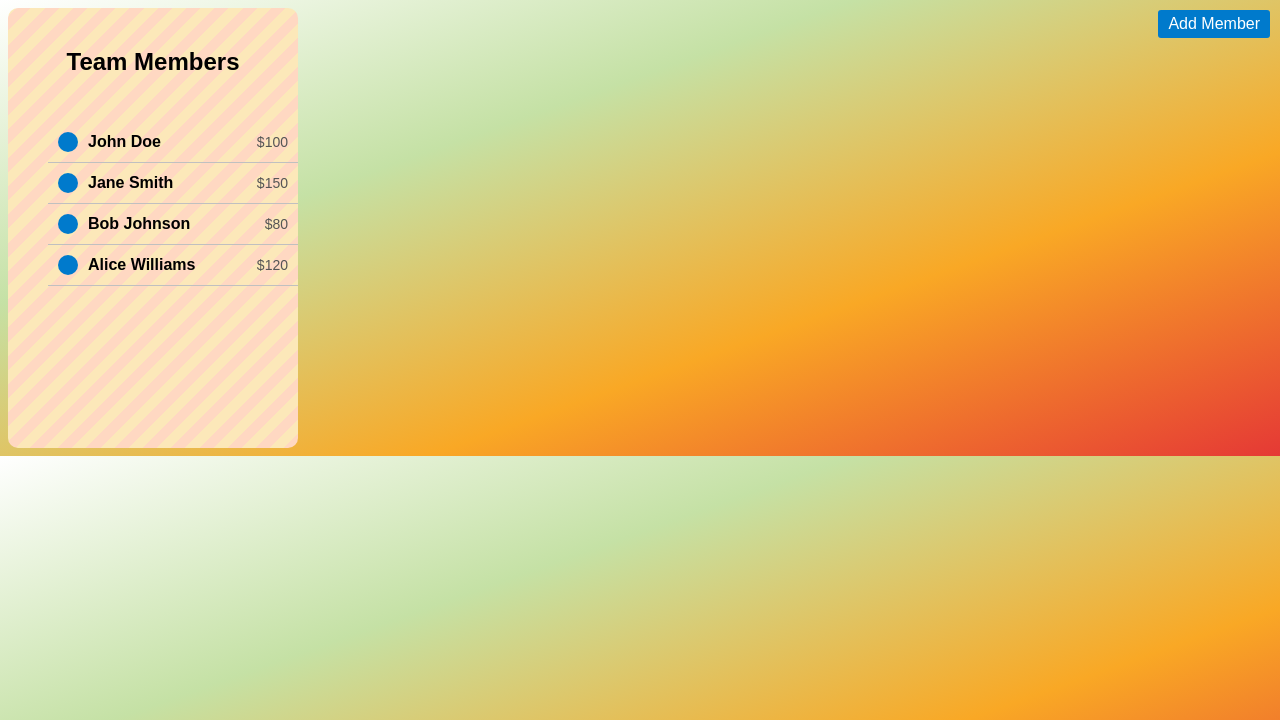
Repository: alexanderneal/meetingApp
Page: meetingApp copia/popup.html
These files come from the project's save history. The page is drawn as it stood at one moment and after the next save; the edit follows.
The browser window is 1280 px wide. The pictures show the whole page.

Above is the page before, as saved 2023-04-21 11:19:49.

After the next save:
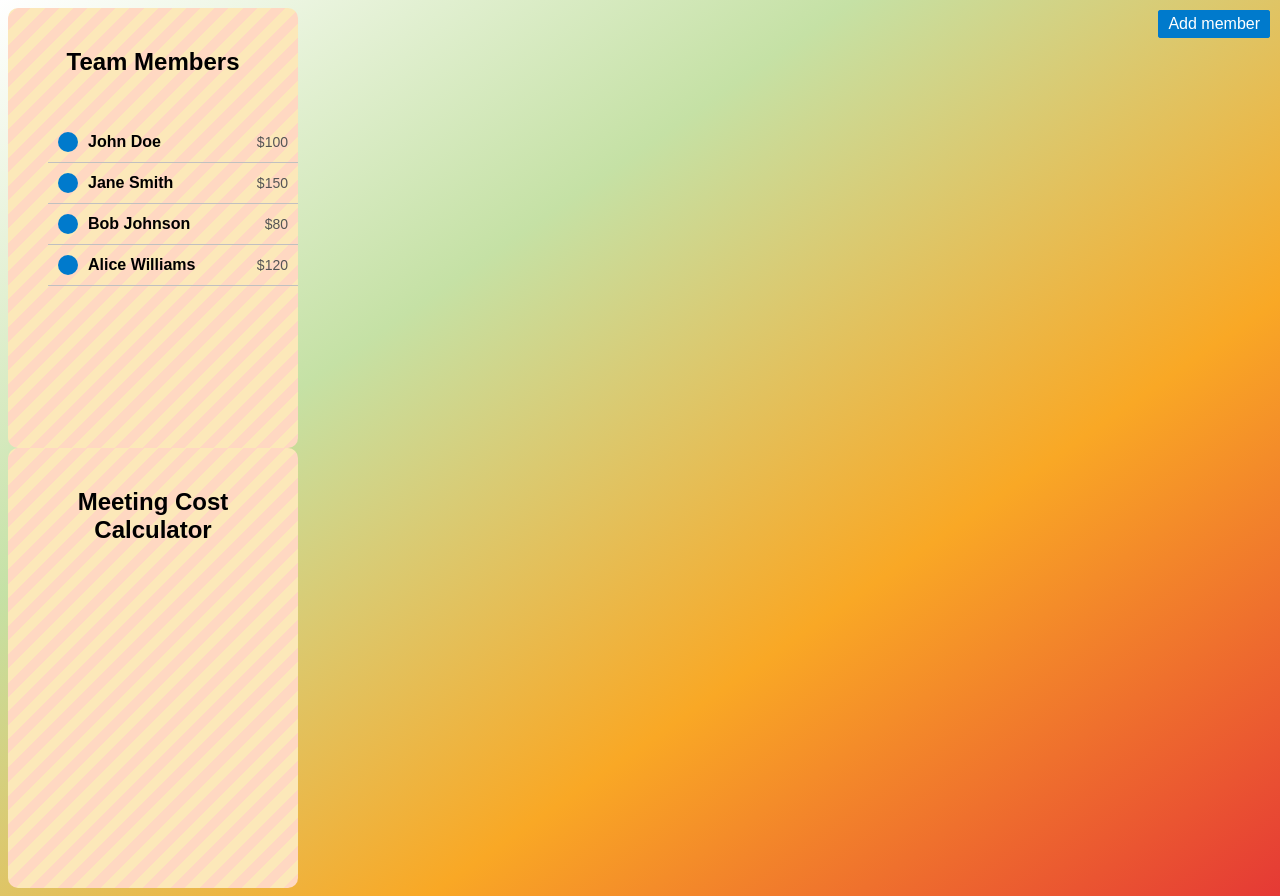
Saved 2 min 22 s later.
--- a/meetingApp copia/popup.html
+++ b/meetingApp copia/popup.html
@@ -35,4 +35,13 @@
     </div>
     <script src="popup.js"></script>
   </body>
+  <body>
+    <div class="popup-container">
+      <button id="add-member-btn">Add member</button>
+      <h1 id="title">Meeting Cost Calculator</h1>
+      <div id="members-list"></div>
+      <p id="total-cost"></p>
+    </div>
+  </body>
+
 </html>
